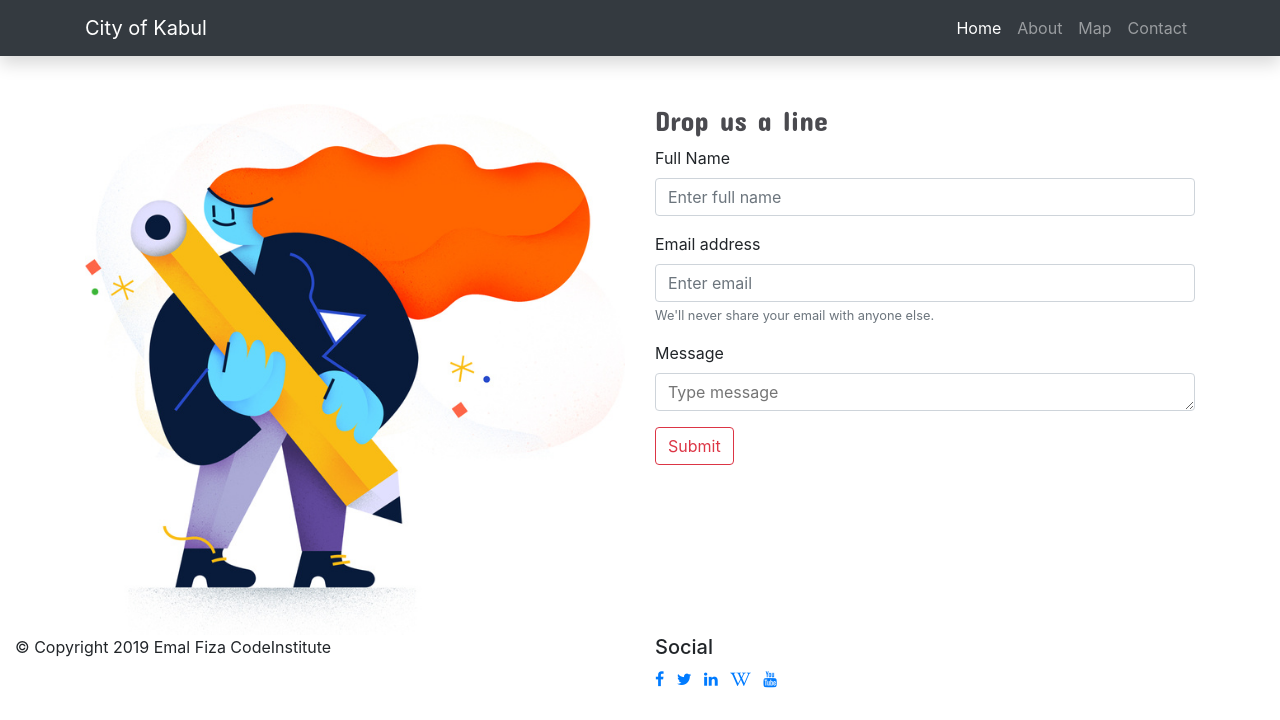
Repository: emalfiza/project-kabul
Page: contact.html
The author's editor kept a record of every edit. The page is drawn from the files as they stood at one moment, then again after the next edit.
The browser window is 1280 px wide. The pictures show the whole page.

Above is the page before.

After the next edit:
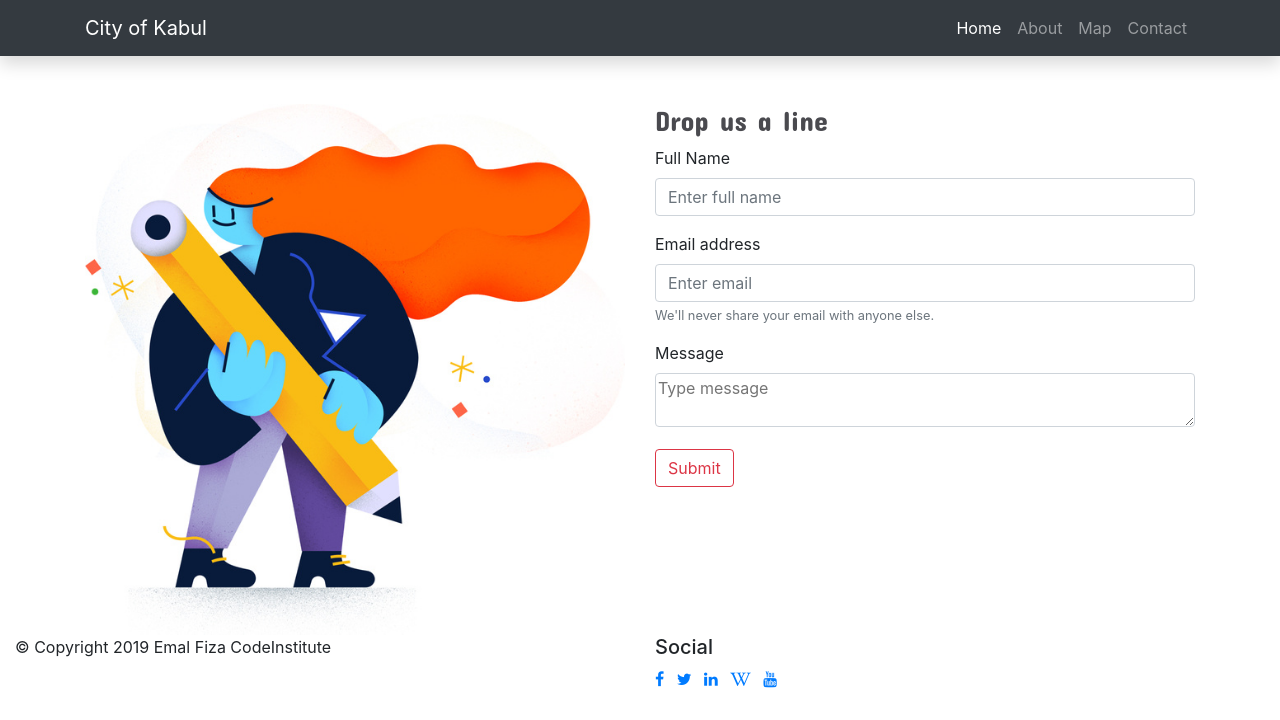
The edit:
--- a/assets/css/style.css
+++ b/assets/css/style.css
@@ -112,10 +112,7 @@
 }
 
 .message {
-  display: block;
   width: 100%;
-  height: calc(1.5em + .75rem + 2px);
-  padding: .375rem .75rem;
   font-size: 1rem;
   font-weight: 400;
   line-height: 1.5;
